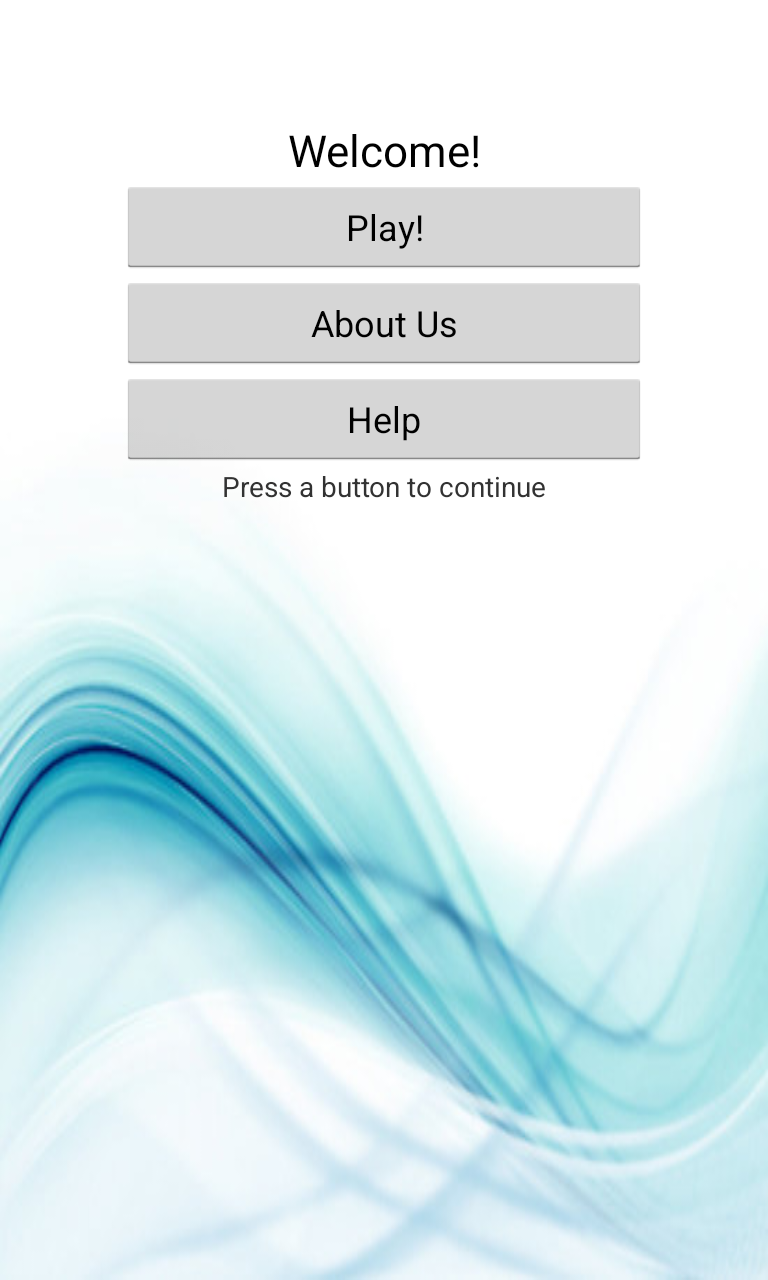
Repository: AGNT/Mobile_application_SU13
Layout: android/Locate/res/layout/activity_menu.xml
The author's editor kept a copy of each file at every save. The layout is drawn from the files as they stood at one save, then again after the next save.
It is drawn on a 768 x 1280 px phone screen (xhdpi) without system bars, with theme AppTheme; the app's code is not run.

Above is the layout before, as saved 2013-08-10 07:34:46.

After the next save:
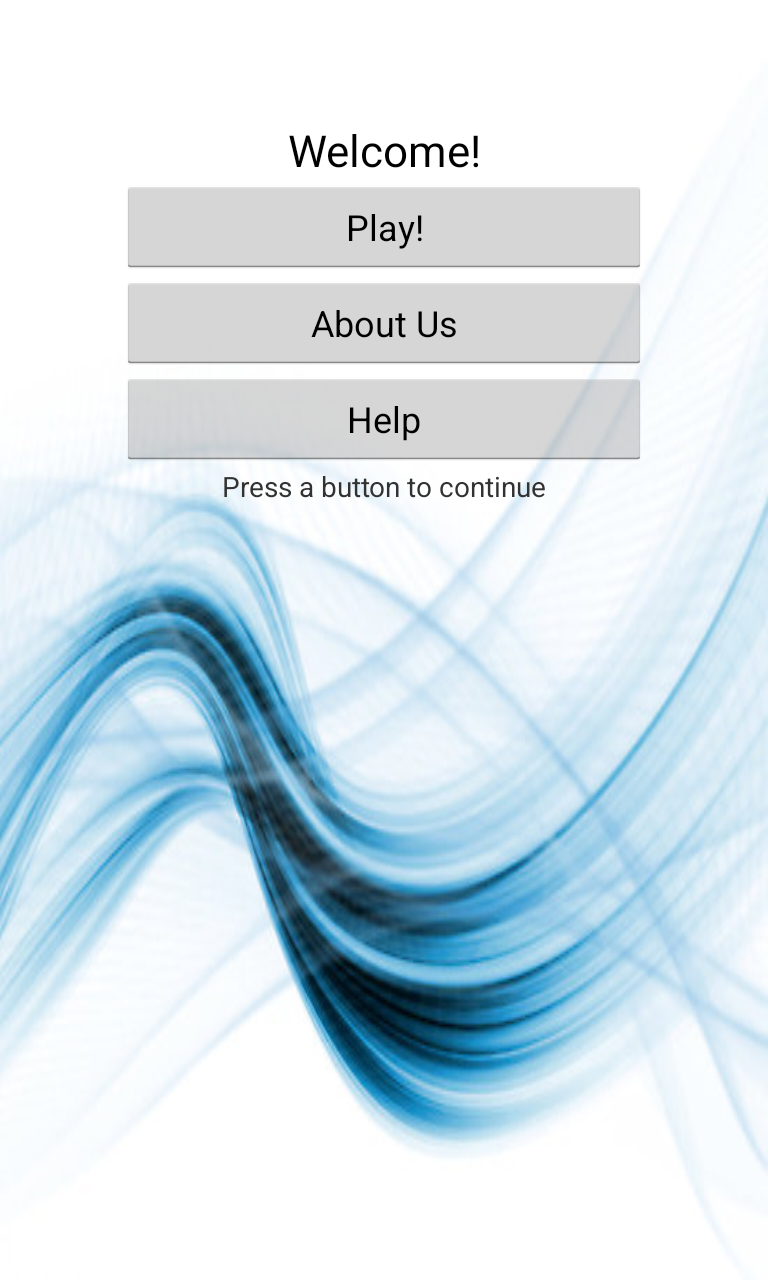
Saved 61 min 2 s later.
--- a/android/Locate/res/layout/activity_menu.xml
+++ b/android/Locate/res/layout/activity_menu.xml
@@ -9,7 +9,7 @@
     android:paddingRight="@dimen/activity_horizontal_margin"
     android:paddingTop="@dimen/activity_vertical_margin"
     tools:context=".Menu"
-    android:background="@drawable/pattern2" >
+    android:background="@drawable/pattern3" >
 
     <TextView
         android:id="@+id/textView1"
